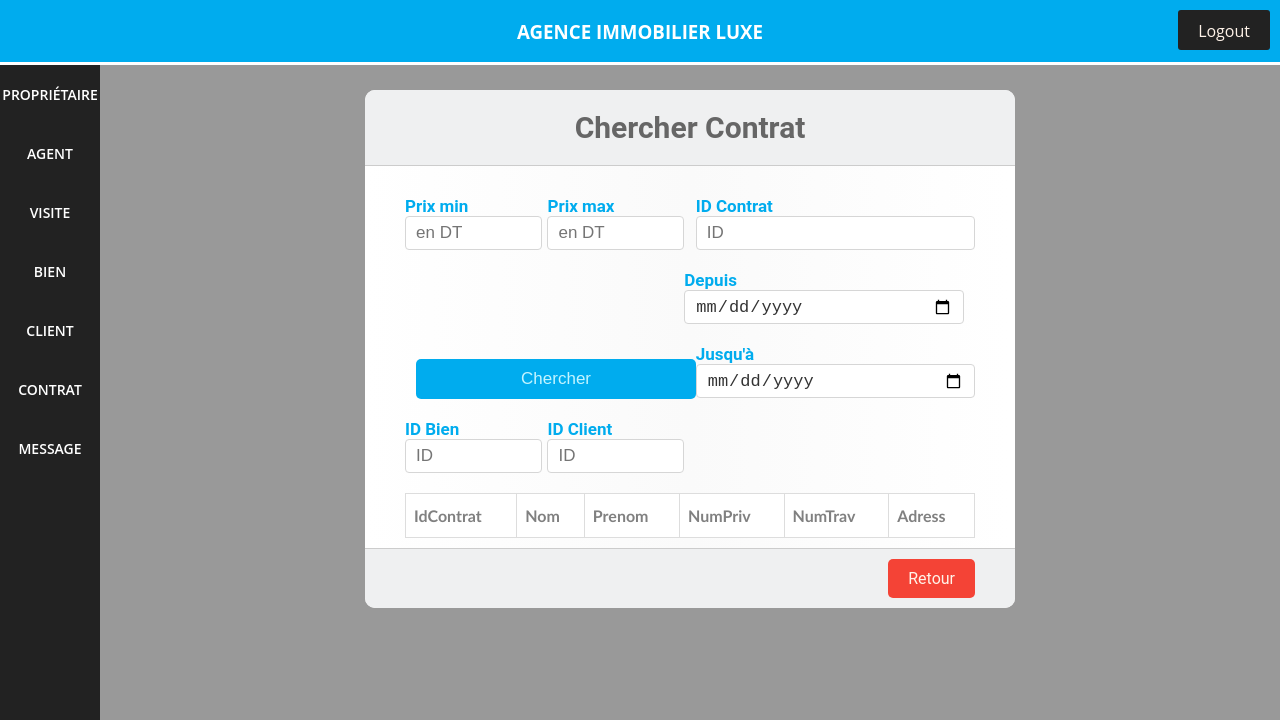
Repository: hassen-mnejja/Real_Estate_Agency_Website
Page: http://localhost/backoffice/WEB-INF/contratcherche.jsp
The author's editor kept a copy of each file at every save. The page is drawn from the files as they stood at one save, then again after the next save.
The browser window is 1280 px wide. The pictures show the whole page.
Some icons come from a web library that is not loaded, so they are not drawn. The page is served by Tomcat 9. Nobody is signed in. Other server files are loaded and not shown. The template is opened directly, without the code that normally fills it, so the values that code supplies are empty.

Above is the page before, as saved 2020-06-22 18:43:00.

### backoffice/WebContent/WEB-INF/contratcherche.jsp
<%@ page language="java" contentType="text/html; charset=UTF-8" pageEncoding="UTF-8"%>
<%@ taglib uri="http://java.sun.com/jsp/jstl/core" prefix="c"%>
<!DOCTYPE html>
<html>
<head>
<script src="../JS/1351.js"></script>
<title>Chercher un contrat</title>
<link rel="stylesheet" href="../Style/MonStyle.css">
<link rel="icon" href="../Images/icon4.ico" />
<script src="../JS/jquery-3.4.1.js"></script>

<style>
.my-form {
	width: 650px;
}
</style>
</head>
<body>

	<!-- navbar -->
	<div id="nav-placeholder"></div>

	<!-- contenu -->
	<div id="contenu">
		<form class="my-form" action="chercherprop" method="post">

			<!-- form header -->
			<div class="form-header">
				<h1>Chercher Contrat</h1>
				<button type="submit" class="btn" style="display: none">Chercher</button>
			</div>

			<!-- form body -->
			<div class="form-body">

				<!-- idcontrat, pmin et pmax -->
				<div class="horizontal-group">
					<div class="form-group right">
						<label for="idcontrat" class="label-title">ID Contrat</label> <input type="number" id="idcontrat" class="form-input" name="idcontrat" placeholder="ID" value="${idcontrat}" />
					</div>
					<div class="form-group left">
						<div class="form-group left">
							<label for="pmin" class="label-title">Prix min</label> <input type="number" id="pmin" name="pmin" class="form-input" placeholder="en DT"  value="${pmin}" />
						</div>
						<div class="form-group right">
							<label for="pmax" class="label-title">Prix max</label> <input type="number" id="pmax" name="pmax" class="form-input" placeholder="en DT"  value="${pmax}" />
						</div>
					</div>
				</div>

				<!-- datemin et datemax -->
				<div class="horizontal-group">
					<div class="form-group left">
						<label for="datemin" class="label-title">Depuis</label> <input type="date" id="datemin" name="datemin" class="form-input" placeholder="en DT"  value="${datemin}" />
					</div>
					<div class="form-group right">
						<label for="datemax" class="label-title">Jusqu'à</label> <input type="date" id="datemax" name="datemax" class="form-input" placeholder="en DT"  value="${datemax}" />
					</div>
				</div>

				<!-- idbien et idclient -->
				<div class="horizontal-group">
					<div class="form-group right" style="margin-left: auto; margin-right: auto">
						<button type="submit" class="btn" style="width: 100%; margin-top: 15px">Chercher</button>
					</div>
					<div class="form-group left" style="margin-bottom: 0">
						<div class="form-group left">
							<label for="idbien" class="label-title">ID Bien</label> <input type="number" id="idbien" class="form-input" name="idbien" placeholder="ID" value="${idbien}" />
						</div>
						<div class="form-group right">
							<label for="idclient" class="label-title">ID Client</label> <input type="number" id="idclient" class="form-input" name="idclient" placeholder="ID" value="${idclient}" />
						</div>
					</div>
				</div>

				<!-- Table -->
				<table id="elements" style="cellspacing: 0">
					<thead>
						<tr>
							<th>IdContrat</th>
							<th>Nom</th>
							<th>Prenom</th>
							<th>NumPriv</th>
							<th>NumTrav</th>
							<th>Adress</th>
						</tr>
					</thead>
					<tbody>
						<c:forEach var="prop" items="${listeprop}">
							<tr>
								<td><a class="aa" style="text-align: right;" href="descriptifprop?identifiant=${prop.idProp}">${prop.idProp}</a></td>
								<td style="white-space: nowrap;">${prop.nom}</td>
								<td style="white-space: nowrap;">${prop.prenom}</td>
								<td style="white-space: nowrap;">${prop.numPriv}</td>
								<td style="white-space: nowrap;">${prop.numTrav}</td>
								<td>${prop.adress}</td>
							</tr>
						</c:forEach>
					</tbody>
				</table>
			</div>

			<!-- form-footer -->
			<div class="form-footer">
				<a href="home">Retour</a>

			</div>

		</form>
	</div>

	<!-- javascript -->
	<script>
		$(function() {
			$("#nav-placeholder").load("../navbar.html");
		});
	</script>
</body>
</html>

### backoffice/WebContent/Style/MonStyle.css
@charset "ISO-8859-1";
.aa:hover {
	background-color: rgba(0, 0, 0, 0);
	color: #4088a3;
}

.aa:link, .aa:visited {
	background-color: rgba(0, 0, 0, 0);
	color: #666;
	text-decoration: none;
	display: inline-block;
	border: none;
	padding: 0px 0px;
}

.nav {
	position: fixed;
	top: 60px;
	left: 0px;
	width: 100px;
	height: 100%;
	background: #222;
	z-index: 2;
}

.contenu {
	position: fixed;
	top: 60px;
	left: 100px;
	width: 100%;
	height: 100%;
	background: #999;
	z-index: 2;
}

.header {
	position: fixed;
	left: 0;
	right: 0;
	z-index: 1002;
	min-height: 60px;
	padding: 0 15px;
	background: #00acee;
	border-bottom: 3px solid white;
}

#contenu {
	position: fixed;
	top: 60px;
	left: 100px;
	width: calc(100% - 100px);
	height: 100%;
	background: #999;
	z-index: 1;
	margin-left: auto;
	margin-right: auto;
	transition: all 500ms linear;
	overflow-y: auto;
}

#contenu.active {
	left: 0px;
	width: 100%;
}

#nav {
	left: 0px;
	transition: all 500ms linear;
}

#nav.active {
	left: -100px;
}

.nav span {
	display: block;
	font-size: 14px;
	color: #fff;
	font-weight: 600;
	text-transform: uppercase;
	margin-top: 10px;
}

.fi {
	font-size: 25px;
	color: #eee;
}

.toggle {
	position: fixed;
	font-size: 25px;
	color: #222;
	top: 15px;
	left: 40px;
	cursor: pointer;
}

.nav .nav-item {
	position: relative;
	width: 100%;
	text-align: center;
}

.nav .main-item, .nav .sub-item {
	padding: 15px 0px;
	background: #222;
}

.nav .nav-item .sub-items {
	position: absolute;
	top: 0px;
	left: -300px;
	width: max-content;
	z-index: -1;
	transition: all 300ms ease-in-out;
}

.nav .sub-items .sub-item {
	float: left;
	width: 100px;
}

.nav .main-item:hover, .nav .sub-item:hover {
	background: #00acee;
	cursor: pointer;
}

.nav .nav-item:hover .sub-items {
	left: 102px;
}

#elements {
	font-family: "Trebuchet MS", Arial, Helvetica, sans-serif;
	border-collapse: collapse;
	width: 100%;
	border: 1px solid #d6d6d6;
	border-radius: 3px 3px 3px 3px;
}

#elements td, #elements th {
	border: 1px solid #ddd;
	padding: 8px;
}

#elements tr:nth-child(even) {
	background-color: white;
}

#elements tr:nth-child(odd) {
	background-color: #eff0f1;
}

#elements tr:hover {
	background-color: #ddd;
}

#elements th {
	padding-top: 12px;
	padding-bottom: 12px;
	text-align: left;
	background-color: white;
	color: gray;
}

@import url('https://fonts.googleapis.com/css?family=Roboto');

/*---------------------------------------*/
/* Register Form */
/*---------------------------------------*/
body {
	margin: 0px;
	font-family: "Open Sans", sans-serif;
}

a:link, a:visited {
	background-color: #f44336;
	color: #fff3e9;
	padding: 10px 20px;
	text-align: center;
	text-decoration: none;
	display: inline-block;
	border: none;
	border-radius: 5px;
}

a:hover, a:active {
	background-color: #fa3c39;
	color: white;
}

.my-form {
	font-family: "Roboto", sans-serif;
	background: linear-gradient(to right, #ffffff 0%, #fafafa 50%, #ffffff 99%);
	border-radius: 10px;
	margin: 30px auto;
	width: 650px;
}

/*---------------------------------------*/
/* Form Header */
/*---------------------------------------*/
.form-header {
	background-color: #EFF0F1;
	border-top-left-radius: 10px;
	border-top-right-radius: 10px;
}

.form-header h1 {
	font-size: 30px;
	text-align: center;
	color: #666;
	padding: 20px 0;
	border-bottom: 1px solid #cccccc;
}

/*---------------------------------------*/
/* Form Body */
/*---------------------------------------*/
.form-body {
	padding: 10px 40px;
	color: #666;
}

.form-group {
	margin-bottom: 20px;
}

.form-body .label-title {
	color: #00acee;
	font-size: 17px;
	font-weight: bold;
}

.form-body .form-input {
	font-size: 17px;
	box-sizing: border-box;
	width: 100%;
	height: 34px;
	padding-left: 10px;
	padding-right: 10px;
	color: #333333;
	text-align: left;
	border: 1px solid #d6d6d6;
	border-radius: 4px;
	background: white;
	outline: none;
}

.horizontal-group .left {
	float: left;
	width: 49%;
}

.horizontal-group .right {
	float: right;
	width: 49%;
}

/*---------------------------------------*/
/* Form Footer */
/*---------------------------------------*/
.my-form .form-footer {
	background-color: #EFF0F1;
	border-bottom-left-radius: 10px;
	border-bottom-right-radius: 10px;
	padding: 10px 40px;
	text-align: right;
	border-top: 1px solid #cccccc;
	clear: both;
}

.form-footer span {
	float: left;
	margin-top: 10px;
	color: #999;
	font-style: italic;
	font-weight: thin;
}

.btn {
	display: inline-block;
	padding: 10px 20px;
	background-color: #00acee;
	font-size: 17px;
	border: none;
	border-radius: 5px;
	color: #c3f4ff;
	cursor: pointer;
}

.btn:hover {
	background-color: #11addd;
	color: white;
}

a.log {
	position: fixed;
	float: left;
	background: #222;
	border-radius: 3px 3px 3px 3px;
	height: 20px;
	top: 10px;
	right: 10px;
}

.title {
	color: white;
	text-align: center;
	cursor: pointer;
}

### backoffice/WebContent/navbar.html
<script src="JS/1351.js"></script>
<header class="header black-bg">
	<i class="fas fa-bars toggle" onclick="toggle()" id="b"></i>
	<h3 class="title" onclick="window.location.href = '/backoffice/prive/home';">AGENCE IMMOBILIER LUXE</h3>
	<a class="log" href="/backoffice/logout" id="discon">Logout</a>
</header>
<div class="nav" id="nav" style="display: block">
	<div class="nav-item">
		<div class="main-item">
			<i class="fad fa-house-user fi"></i> <span>Propriétaire</span>
		</div>
		<div class="sub-items">
			<div class="sub-item" onclick="window.location.href = '/backoffice/prive/ajouterprop';">
				<i class="fad fa-user-plus fi"></i> <span>Ajouter</span>
			</div>
			<div class="sub-item" onclick="window.location.href = '/backoffice/prive/chercherprop';">
				<i class="fad fa-search fi"></i> <span>Chercher</span>
			</div>
		</div>
	</div>
	<div class="nav-item">
		<div class="main-item">
			<i class="fad fa-user-headset fi"></i> <span>Agent</span>
		</div>
		<div class="sub-items">
			<div class="sub-item" onclick="window.location.href = '/backoffice/prive/ajouteragent';">
				<i class="fad fa-user-plus fi"></i> <span>Ajouter</span>
			</div>
			<div class="sub-item" onclick="window.location.href = '/backoffice/prive/chercheragent';">
				<i class="fad fa-search fi"></i> <span>Chercher</span>
			</div>
		</div>
	</div>
	<div class="nav-item">
		<div class="main-item">
			<i class="fad fa-house-return fi"></i> <span>Visite</span>
		</div>
		<div class="sub-items">
			<div class="sub-item">
				<i class="fad fa-calendar-plus fi"></i> <span>Programmer</span>
			</div>
			<div class="sub-item">
				<i class="fad fa-search fi"></i> <span>Chercher</span>
			</div>
		</div>
	</div>
	<div class="nav-item">
		<div class="main-item">
			<i class="fad fa-house fi"></i> <span>Bien</span>
		</div>
		<div class="sub-items">
			<div class="sub-item" onclick="window.location.href = '/backoffice/prive/ajouterbien';">
				<i class="fad fa-plus fi"></i> <span>Ajouter</span>
			</div>
			<div class="sub-item" onclick="window.location.href = '/backoffice/prive/chercherbien';">
				<i class="fad fa-search fi"></i> <span>Chercher</span>
			</div>
		</div>
	</div>
	<div class="nav-item">
		<div class="main-item">
			<i class="fad fa-user fi"></i> <span>client</span>
		</div>
		<div class="sub-items">
			<div class="sub-item">
				<i class="fad fa-user-plus fi"></i> <span>Ajouter</span>
			</div>
			<div class="sub-item">
				<i class="fad fa-search fi"></i> <span>Chercher</span>
			</div>
		</div>
	</div>
	<div class="nav-item">
		<div class="main-item">
			<i class="fad fa-file fi"></i> <span>contrat</span>
		</div>
		<div class="sub-items">
			<div class="sub-item" onclick="window.location.href = '/backoffice/prive/ajoutercontrat';">
				<i class="fad fa-file-plus fi"></i> <span>Ajouter</span>
			</div>
			<div class="sub-item" onclick="window.location.href = '/backoffice/prive/cherchercontrat';">
				<i class="fad fa-file-search fi"></i> <span>Chercher</span>
			</div>
		</div>
	</div>
	<div class="nav-item">
		<div class="main-item">
			<i class="fad fa-comments-alt fi"></i> <span>Message</span>
		</div>
		<div class="sub-items">
			<div class="sub-item">
				<i class="fad fa-comment-alt-plus fi"></i> <span>Ajouter</span>
			</div>
			<div class="sub-item">
				<i class="fad fa-inbox fi"></i> <span>Chercher</span>
			</div>
		</div>
	</div>
</div>
<script>
	function toggle() {
		document.getElementById("nav").classList.toggle('active');
		document.getElementById("contenu").classList.toggle('active');
	}
</script>

Loaded but not shown: backoffice/WebContent/JS/1351.js (library); backoffice/WebContent/JS/jquery-3.4.1.js (library)

After the next save:
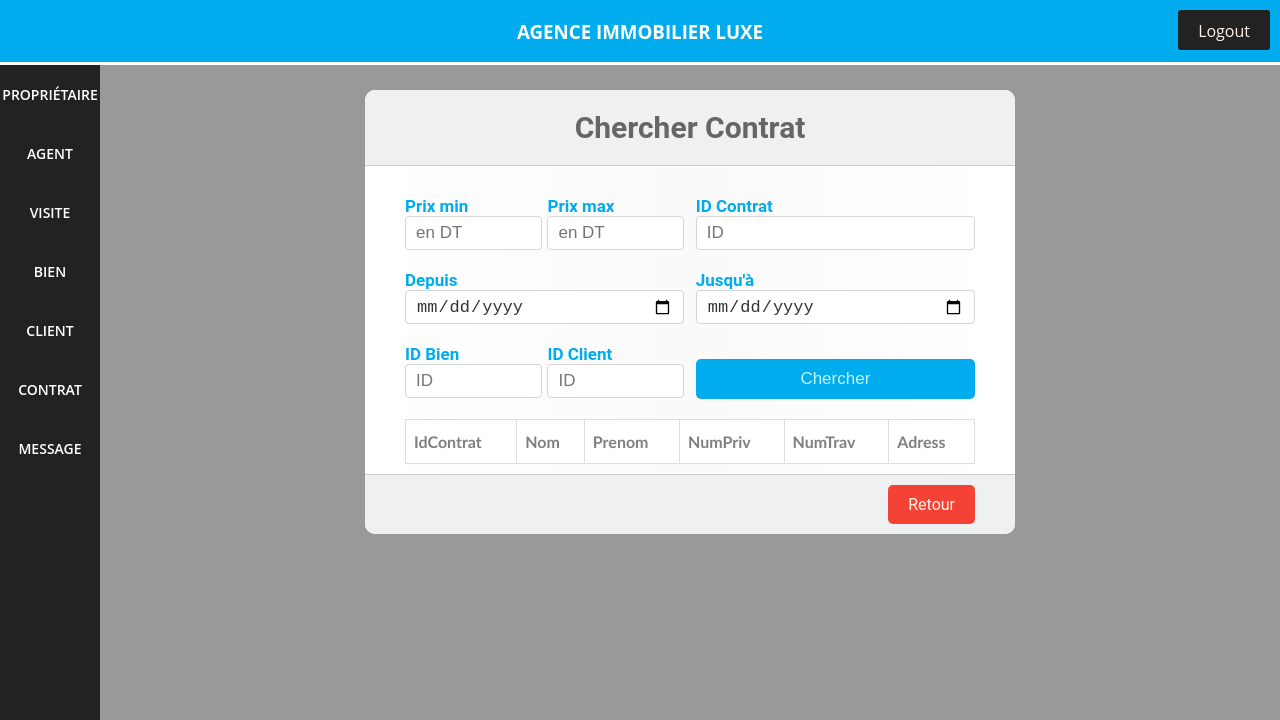
Saved 17 s later.
--- a/backoffice/WebContent/WEB-INF/contratcherche.jsp
+++ b/backoffice/WebContent/WEB-INF/contratcherche.jsp
@@ -38,7 +38,7 @@
 					<div class="form-group right">
 						<label for="idcontrat" class="label-title">ID Contrat</label> <input type="number" id="idcontrat" class="form-input" name="idcontrat" placeholder="ID" value="${idcontrat}" />
 					</div>
-					<div class="form-group left">
+					<div class="form-group left" style="margin-bottom: 0">
 						<div class="form-group left">
 							<label for="pmin" class="label-title">Prix min</label> <input type="number" id="pmin" name="pmin" class="form-input" placeholder="en DT"  value="${pmin}" />
 						</div>
